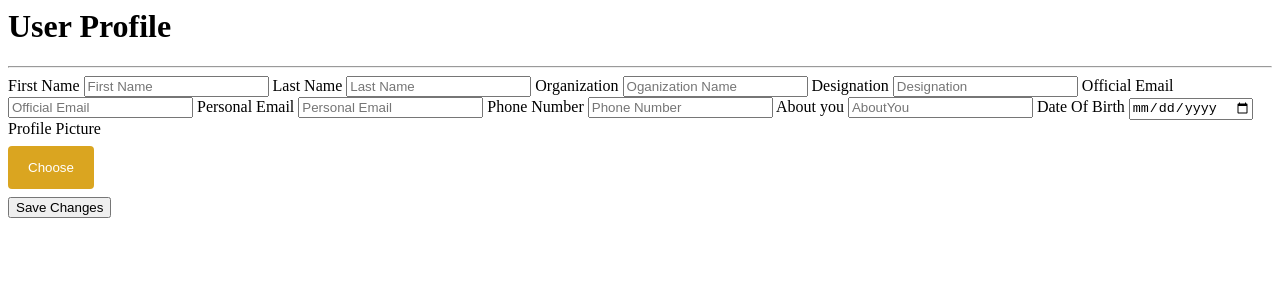
Repository: praveenshetg/GOLDEN-ROD
Page: Duolingo/papi-front/WebContent/view/user_profile.html
The author's editor kept a copy of each file at every save. The page is drawn from the files as they stood at one save, then again after the next save.
The browser window is 1280 px wide. The pictures show the whole page.

Above is the page before, as saved 2018-05-10 11:42:08.
Console error: ReferenceError: $ is not defined

### Duolingo/papi-front/WebContent/view/user_profile.html


<html>
<style>
.uploadpic-div{
position:relative;
display:inline-block;
}

.uploadpic-div button{
    width: auto !important;
    background-color: goldenrod;
    color: white;
    padding: 14px 20px;
    margin: 8px 0;
    border: none;
    border-radius: 4px;
    cursor: pointer;
}
.uploadpic-div input[type="file"]{
margin-bottom:0px;
left:0px;
top:0px;
position:absolute;
margin-right:5px;
    width: 83px;
    height: 50px;
opacity:0;
border: 1px solid #ccc;
}

.uploadpic-div-outer img{
display: none;
    float: left;
    max-width: 50px;
    width: 50px;
    height: 50px;
    border-radius: 50%;
    /* margin-top: 10px !important; */
    margin: 5px;

   #background-image: url('images/image1.jpg')
}
.choose-profile-pic-btn{
margin-right: "5px";
#z-index: -1;
}
</style>
<body>

<div class="form-div">
<H1><i class="fa fa-user"></i> User Profile</H1>
	<hr>
  <form action="" id="user-reg-form">
    <label for="fname">First Name</label>
    <input type="text" id="fName" name="firstname"  placeholder="First Name">
 <label for="fname">Last Name</label>
    <input type="text" id="lName" name="lastname" placeholder="Last Name">
       <label for="fname">Organization</label>
    <input type="text" id="organization" name="organization" id="age" placeholder="Oganization Name">
     <label for="fname">Designation</label>
    <input type="text" id="designation" name="designation" placeholder="Designation">
         <label for="fname">Official Email</label>
    <input type="text" id="oEmail" name="oEmail" placeholder="Official Email" readonly>
         <label for="fname">Personal Email</label>
    <input type="text" id="pEmail" name="pEmail" placeholder="Personal Email">
         <label for="fname">Phone Number</label>
    <input type="text" id="phone" name="phone"  placeholder="Phone Number">
         <label for="fname">About you</label>
    <input type="text" id="aboutYou" name="aboutYou"  placeholder="AboutYou">
     <label for="fname">Date Of Birth</label>
    <input type="date"  name="dob"  id ="dob" placeholder="Date Of Birth">
<!--     <label for="fname">Group</label> -->
<!--     <select name="group" id="group" readonly> -->
<!-- 				</select> -->
				<label for="fname">Profile Picture</label><br>
				<div class="uploadpic-div-outer">
				<img src="" id="profile-img-tag"  />
				<div class="uploadpic-div">
                            <input id="profile-img-path" class="profile-img-path" type="file"/>
                            <button type="button" id="upload-profile-pic-file" class="ha-button upload-profile-pic-file" >Choose</button>
                        </div>
                        </div>
    <input type="submit" value="Save Changes" id="update-usr-btn">



  </form>
</div>

</body>
<script type="text/javascript">


$('#user-reg-form').submit(function(e) {
	e.preventDeult();
});

fillUserProfile(userDetails);
$("#update-usr-btn").click(function(){
	var data = '{"fName":"'
		+ $("#fName").val()
		+ '","lName":"'
		+ $("#lName").val()
		+ '","pEmail":"'
		+ $("#pEmail").val()
		+ '","designation":"'
		+ $("#designation").val()
		+ '","gender":"'
		+ $("#sc-date").val()
		+ '","phone":"'
		+ $("#phone").val()
		+ '","organization":"'
		+ $("#organization").val()
		+ '","dob":"'
		+ $("#dob").val()
		+ '","aboutYou":"'
		+ $("#aboutYou").val()
		+ '"}';
	$.ajax({
		  method: "POST",
		  url: projectDetails.url+""+projectDetails.restappname+"/user/updateUser/"+userDetails.user.id,
		  dataType: "json",
		    contentType: "application/json",
		  data: data
		})
		.done(function( msg ) {
			showSnackBar("User Details Updated Successfully !!!")
			$("#user-reg-form input").vla("");
		});

});



function readURL(input) {
    if (input.files && input.files[0]) {
        var reader = new FileReader();

        reader.onload = function (e) {
            $('#profile-img-tag').attr('src', e.target.result);
            $('#profile-img-tag').attr('style', "display:table-cell");
        }
        reader.readAsDataURL(input.files[0]);
    }
}
$("#profile-img-path").change(function(){
    readURL(this);
});
</script>

</html>

After the next save:
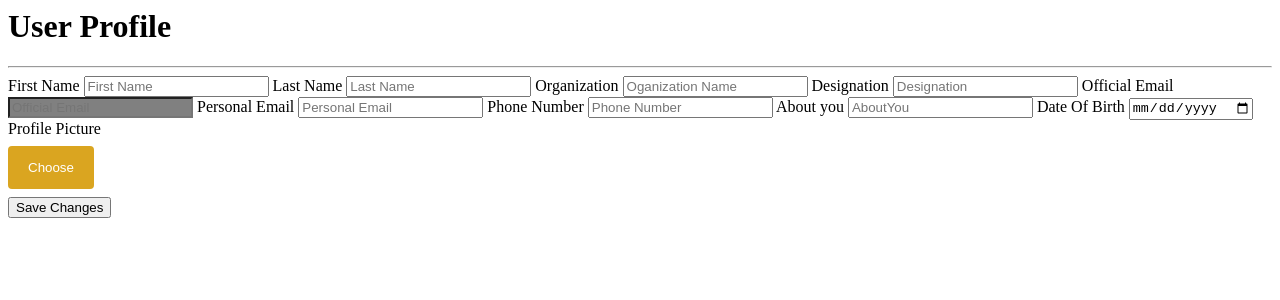
Saved 2 min 45 s later.
--- a/Duolingo/papi-front/WebContent/view/user_profile.html
+++ b/Duolingo/papi-front/WebContent/view/user_profile.html
@@ -61,7 +61,7 @@ margin-right: "5px";
      <label for="fname">Designation</label>
     <input type="text" id="designation" name="designation" placeholder="Designation">
          <label for="fname">Official Email</label>
-    <input type="text" id="oEmail" name="oEmail" placeholder="Official Email" readonly>
+    <input type="text" id="oEmail" name="oEmail" placeholder="Official Email" readonly style="background-color:gray">
          <label for="fname">Personal Email</label>
     <input type="text" id="pEmail" name="pEmail" placeholder="Personal Email">
          <label for="fname">Phone Number</label>
